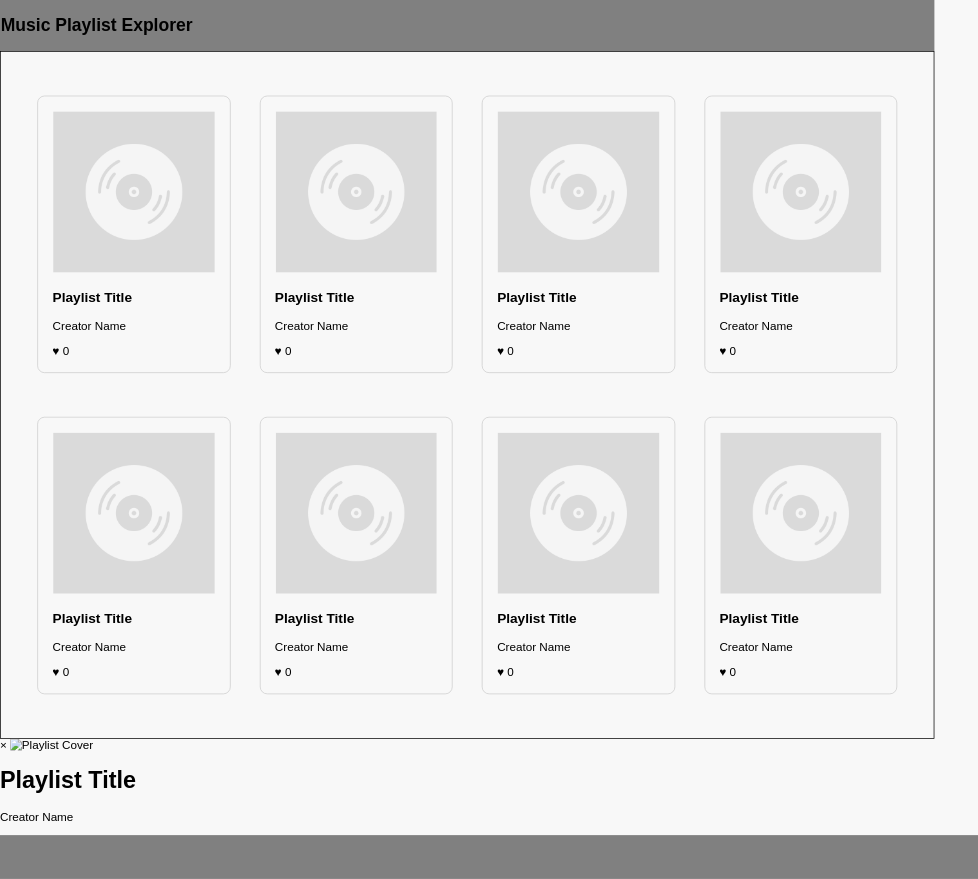
Repository: valentinaarojas/music-player-explorer
Page: index.html
An editor plug-in stored every save of this project. The page is shown before and after the next save, followed by the edit.
The browser window is 1280 px wide. The page is 1340 px wide, so the pictures cover 1340 px, including what lies to the right of the window. The pictures show the whole page, at 73% of full size.

Above is the page before, as saved 2025-02-19 17:35:07.
Console error: SyntaxError: Unexpected token '{'

### index.html
<!DOCTYPE html>
<html lang="en">
<head>
    <meta charset="UTF-8">
    <meta name="viewport" content="width=device-width, initial-scale=1.0">

    <title>Music Playlist Explorer</title>
    <link rel="icon" type="image/x-icon" href="/images/favicon.ico">

    <link rel="stylesheet" href="style.css">
</head>
<body>
    <header>
        <!-- Your header content here -->
        <div class="banner">
            <h2>Music Playlist Explorer</h2>
        </div>
    </header>

    <main>
        <!-- Your main content here -->
        <div class="playlist-cards">
            <!-- card 1 -->
            <div class="playlist-card">
                <div class="playlist-cover">
                    <img src="assets/img/playlist.png" alt="placeholder" style="width: 100%">
                </div>
                <div class="playlist-info">
                    <h3 class="playlist-title">Playlist Title</h3>
                    <p class="creator-info">Creator Name</p>
                    <div class="like-count">
                        <span>♥</span>
                        <span>0</span>
                    </div>
                </div>
            </div>
            <!-- card 2 -->
            <div class="playlist-card">
                <div class="playlist-cover">
                    <img src="assets/img/playlist.png" alt="placeholder" style="width: 100%">
                </div>
                <div class="playlist-info">
                    <h3 class="playlist-title">Playlist Title</h3>
                    <p class="creator-info">Creator Name</p>
                    <div class="like-count">
                        <span>♥</span>
                        <span>0</span>
                    </div>
                </div>
            </div>
            <!-- card 3 -->
            <div class="playlist-card">
                <div class="playlist-cover">
                    <img src="assets/img/playlist.png" alt="placeholder" style="width: 100%">
                </div>
                <div class="playlist-info">
                    <h3 class="playlist-title">Playlist Title</h3>
                    <p class="creator-info">Creator Name</p>
                    <div class="like-count">
                        <span>♥</span>
                        <span>0</span>
                    </div>
                </div>
            </div>
            <!-- card 4 -->
            <div class="playlist-card">
                <div class="playlist-cover">
                    <img src="assets/img/playlist.png" alt="placeholder" style="width: 100%">
                </div>
                <div class="playlist-info">
                    <h3 class="playlist-title">Playlist Title</h3>
                    <p class="creator-info">Creator Name</p>
                    <div class="like-count">
                        <span>♥</span>
                        <span>0</span>
                    </div>
                </div>
            </div>
            <!-- card 5 -->
            <div class="playlist-card">
                <div class="playlist-cover">
                    <img src="assets/img/playlist.png" alt="placeholder" style="width: 100%">
                </div>
                <div class="playlist-info">
                    <h3 class="playlist-title">Playlist Title</h3>
                    <p class="creator-info">Creator Name</p>
                    <div class="like-count">
                        <span>♥</span>
                        <span>0</span>
                    </div>
                </div>
            </div>
            <!-- card 6 -->
            <div class="playlist-card">
                <div class="playlist-cover">
                    <img src="assets/img/playlist.png" alt="placeholder" style="width: 100%">
                </div>
                <div class="playlist-info">
                    <h3 class="playlist-title">Playlist Title</h3>
                    <p class="creator-info">Creator Name</p>
                    <div class="like-count">
                        <span>♥</span>
                        <span>0</span>
                    </div>
                </div>
            </div>
             <!-- card 7 -->
             <div class="playlist-card">
                <div class="playlist-cover">
                    <img src="assets/img/playlist.png" alt="placeholder" style="width: 100%">
                </div>
                <div class="playlist-info">
                    <h3 class="playlist-title">Playlist Title</h3>
                    <p class="creator-info">Creator Name</p>
                    <div class="like-count">
                        <span>♥</span>
                        <span>0</span>
                    </div>
                </div>
            </div>
             <!-- card 8 -->
             <div class="playlist-card">
                <div class="playlist-cover">
                    <img src="assets/img/playlist.png" alt="placeholder" style="width: 100%">
                </div>
                <div class="playlist-info">
                    <h3 class="playlist-title">Playlist Title</h3>
                    <p class="creator-info">Creator Name</p>
                    <div class="like-count">
                        <span>♥</span>
                        <span>0</span>
                    </div>
                </div>
            </div>
        </div>
    </main>

    <!-- modal structure -->
    <div class="modal-overlay">
        <div class="modal-content">
            <span class="close">&times;</span>
            <img id="modal-playlist-image" src="" alt="Playlist Cover">
            <h1 id="modal-playlist-title">Playlist Title</h1>
            <p id="modal-creator-name">Creator Name</p>
            <div id="songs-list">
                <!-- songs will be dynamically inserted here -->
            </div>
        </div>
    </div>

    <footer>
        <!-- Your footer content here -->
    </footer>
    <script src="data/data.js"></script>
    <script src="script.js"></script>
</body>
</html>

### style.css
body {
    font-family: 'Arial', sans-serif;
    margin: 0;
    padding: 0;
    background-color: #f8f8f8;
}

.banner {
    background-color: grey;
    padding: 1px;
}

.playlist-cards {
    display: grid;
    grid-template-columns: repeat(4, 1fr);
    padding: 30px;
    border: 1px solid rgb(0, 0, 0);
}

.playlist-card {
    padding: 20px;
    margin: 30px 20px;
    border-radius: 10px;
    border: 1px solid #ccc;
}

.playlist-cover {
    padding: 1px;
}

footer {
    background-color: grey;
    padding: 30px;
    width: 100%;
}

### data/data.js
let data = { "playlists": [
    {
      "playlistID": 0,
      "playlist_name": "Late Night Drive",
      "playlist_creator": "Melody Maven",
      "playlist_art": "https://picsum.photos/id/36/200",
      "likeCount": 0,
      "songs": [
        {
          "songID": 0,
          "title": "Nightcall",
          "artist": "Kavinsky",
          "album": "Nightcall",
          "cover_art": "https://picsum.photos/id/43/200",
          "duration": "4:18"
        },
        {
          "songID": 1,
          "title": "Drive",
          "artist": "The Cars",
          "album": "Heartbeat City",
          "cover_art": "https://picsum.photos/id/45/200",
          "duration": "3:55"
        },
        {
          "songID": 2,
          "title": "Cruisin'",
          "artist": "Smokey Robinson",
          "album": "One Heartbeat",
          "cover_art": "https://picsum.photos/id/88/200",
          "duration": "4:30"
        },
        {
          "songID": 3,
          "title": "Night Moves",
          "artist": "Bob Seger",
          "album": "Night Moves",
          "cover_art": "https://picsum.photos/id/84/200",
          "duration": "5:25"
        },
        {
          "songID": 4,
          "title": "Moonlight Drive",
          "artist": "The Doors",
          "album": "Strange Days",
          "cover_art": "https://picsum.photos/id/122/200",
          "duration": "3:04"
        }
      ]
    },
    {
      "playlistID": 1,
      "playlist_name": "That Summer '16 Feeling",
      "playlist_creator": "Groove Guardian",
      "playlist_art": "https://picsum.photos/id/117/200",
      "likeCount": 10,
      "songs": [
        {
          "songID": 5,
          "title": "One Dance",
          "artist": "Drake",
          "album": "Views",
          "cover_art": "https://picsum.photos/id/21/200",
          "duration": "2:53"
        },
        {
          "songID": 6,
          "title": "Cheap Thrills",
          "artist": "Sia",
          "album": "This Is Acting",
          "cover_art": "https://picsum.photos/id/56/200",
          "duration": "3:31"
        },
        {
          "songID": 7,
          "title": "Don't Let Me Down",
          "artist": "The Chainsmokers ft. Daya",
          "album": "Collage",
          "cover_art": "https://picsum.photos/id/145/200",
          "duration": "3:28"
        },
        {
          "songID": 8,
          "title": "This Is What You Came For",
          "artist": "Calvin Harris ft. Rihanna",
          "album": "This Is What You Came For",
          "cover_art": "https://picsum.photos/id/160/200",
          "duration": "3:42"
        },
        {
          "songID": 9,
          "title": "Ride",
          "artist": "Twenty One Pilots",
          "album": "Blurryface",
          "cover_art": "https://picsum.photos/id/133/200",
          "duration": "3:34"
        }
      ]
    },
    {
      "playlistID": 2,
      "playlist_name": "Workout Beats",
      "playlist_creator": "Harmony Herald",
      "playlist_art": "https://picsum.photos/id/1077/200",
      "likeCount": 2,
      "songs": [
        {
          "songID": 10,
          "title": "Eye of the Tiger",
          "artist": "Survivor",
          "album": "Eye of the Tiger",
          "cover_art": "https://picsum.photos/id/593/200",
          "duration": "4:05"
        },
        {
          "songID": 11,
          "title": "Stronger",
          "artist": "Kanye West",
          "album": "Graduation",
          "cover_art": "https://picsum.photos/id/169/200",
          "duration": "5:12"
        },
        {
          "songID": 12,
          "title": "Lose Yourself",
          "artist": "Eminem",
          "album": "8 Mile Soundtrack",
          "cover_art": "https://picsum.photos/id/171/200",
          "duration": "5:26"
        },
        {
          "songID": 13,
          "title": "Uptown Funk",
          "artist": "Mark Ronson ft. Bruno Mars",
          "album": "Uptown Special",
          "cover_art": "https://picsum.photos/id/274/200",
          "duration": "4:30"
        },
        {
          "songID": 14,
          "title": "Can't Stop the Feeling!",
          "artist": "Justin Timberlake",
          "album": "Trolls (Original Motion Picture Soundtrack)",
          "cover_art": "https://picsum.photos/id/304/200",
          "duration": "3:56"
        }
      ]
    },
    {
      "playlistID": 3,
      "playlist_name": "Road Trip Anthems",
      "playlist_creator": "Playlist Pioneer",
      "playlist_art": "https://picsum.photos/id/314/200",
      "likeCount": 5,
      "songs": [
        {
          "songID": 15,
          "title": "Life Is a Highway",
          "artist": "Tom Cochrane",
          "album": "Mad Mad World",
          "cover_art": "https://picsum.photos/id/352/200",
          "duration": "4:26"
        },
        {
          "songID": 16,
          "title": "Born to Run",
          "artist": "Bruce Springsteen",
          "album": "Born to Run",
          "cover_art": "https://picsum.photos/id/361/200",
          "duration": "4:30"
        },
        {
          "songID": 17,
          "title": "Take It Easy",
          "artist": "Eagles",
          "album": "Eagles",
          "cover_art": "https://picsum.photos/id/365/200",
          "duration": "3:31"
        },
        {
          "songID": 18,
          "title": "Route 66",
          "artist": "Chuck Berry",
          "album": "Get Your Kicks on Route 66",
          "cover_art": "https://picsum.photos/id/371/200",
          "duration": "2:53"
        },
        {
          "songID": 19,
          "title": "On the Road Again",
          "artist": "Willie Nelson",
          "album": "Honeysuckle Rose",
          "cover_art": "https://picsum.photos/id/382/200",
          "duration": "2:33"
        }
      ]
    },
    {
      "playlistID": 4,
      "playlist_name": "Boss Chick Energy",
      "playlist_creator": "Tempo Tactician",
      "playlist_art": "https://picsum.photos/id/449/200",
      "likeCount": 0,
      "songs": [
        {
          "songID": 20,
          "title": "Run the World (Girls)",
          "artist": "Beyoncé",
          "album": "4",
          "cover_art": "https://picsum.photos/id/550/200",
          "duration": "3:56"
        },
        {
          "songID": 21,
          "title": "I'm Every Woman",
          "artist": "Chaka Khan",
          "album": "Chaka",
          "cover_art": "https://picsum.photos/id/646/200",
          "duration": "4:07"
        },
        {
          "songID": 22,
          "title": "Independent Women, Pt. 1",
          "artist": "Destiny's Child",
          "album": "Survivor",
          "cover_art": "https://picsum.photos/id/660/200",
          "duration": "3:41"
        },
        {
          "songID": 23,
          "title": "Confident",
          "artist": "Demi Lovato",
          "album": "Confident",
          "cover_art": "https://picsum.photos/id/680/200",
          "duration": "3:25"
        },
        {
          "songID": 24,
          "title": "Feeling Myself",
          "artist": "Nicki Minaj ft. Beyoncé",
          "album": "The Pinkprint",
          "cover_art": "https://picsum.photos/id/822/200",
          "duration": "3:57"
        }
      ]
    },
    {
      "playlistID": 5,
      "playlist_name": "Rainy Nights",
      "playlist_creator": "Sonic Sage",
      "playlist_art": "https://picsum.photos/id/115/200",
      "likeCount": 24,
      "songs": [
        {
          "songID": 25,
          "title": "Purple Rain",
          "artist": "Prince",
          "album": "Purple Rain",
          "cover_art": "https://picsum.photos/id/123/200",
          "duration": "8:41"
        },
        {
          "songID": 26,
          "title": "November Rain",
          "artist": "Guns N' Roses",
          "album": "Use Your Illusion I",
          "cover_art": "https://picsum.photos/id/171/200",
          "duration": "8:57"
        },
        {
          "songID": 27,
          "title": "Riders on the Storm",
          "artist": "The Doors",
          "album": "L.A. Woman",
          "cover_art": "https://picsum.photos/id/172/200",
          "duration": "7:14"
        },
        {
          "songID": 28,
          "title": "I Can't Stand the Rain",
          "artist": "Ann Peebles",
          "album": "I Can't Stand the Rain",
          "cover_art": "https://picsum.photos/id/178/200",
          "duration": "2:31"
        },
        {
          "songID": 29,
          "title": "Set Fire to the Rain",
          "artist": "Adele",
          "album": "21",
          "cover_art": "https://picsum.photos/id/680/200",
          "duration": "4:02"
        }
      ]
    },
    {
      "playlistID": 6,
      "playlist_name": "90's R&B",
      "playlist_creator": "Vinyl Virtuoso",
      "playlist_art": "https://picsum.photos/id/815/200",
      "likeCount": 3,
      "songs": [
        {
          "songID": 30,
          "title": "No Diggity",
          "artist": "Blackstreet ft. Dr. Dre",
          "album": "Another Level",
          "cover_art": "https://picsum.photos/id/856/200",
          "duration": "5:06"
        },
        {
          "songID": 31,
          "title": "Waterfalls",
          "artist": "TLC",
          "album": "CrazySexyCool",
          "cover_art": "https://picsum.photos/id/871/200",
          "duration": "4:39"
        },
        {
          "songID": 32,
          "title": "Creep",
          "artist": "TLC",
          "album": "CrazySexyCool",
          "cover_art": "https://picsum.photos/id/891/200",
          "duration": "4:29"
        },
        {
          "songID": 33,
          "title": "On Bended Knee",
          "artist": "Boyz II Men",
          "album": "II",
          "cover_art": "https://picsum.photos/id/1013/200",
          "duration": "4:05"
        },
        {
          "songID": 34,
          "title": "Fantasy",
          "artist": "Mariah Carey",
          "album": "Daydream",
          "cover_art": "https://picsum.photos/id/1014/200",
          "duration": "4:04"
        }
      ]
    },
    {
      "playlistID": 7,
      "playlist_name": "Nothing But The Classics",
      "playlist_creator": "Melody Maven",
      "playlist_art": "https://picsum.photos/id/22/200",
      "likeCount": 3,
      "songs": [
        {
          "songID": 35,
          "title": "Bohemian Rhapsody",
          "artist": "Queen",
          "album": "A Night at the Opera",
          "cover_art": "https://picsum.photos/id/39/200",
          "duration": "5:55"
        },
        {
          "songID": 36,
          "title": "Hotel California",
          "artist": "Eagles",
          "album": "Hotel California",
          "cover_art": "https://picsum.photos/id/57/200",
          "duration": "6:30"
        },
        {
          "songID": 37,
          "title": "Stairway to Heaven",
          "artist": "Led Zeppelin",
          "album": "Led Zeppelin IV",
          "cover_art": "https://picsum.photos/id/221/200",
          "duration": "8:02"
        },
        {
          "songID": 38,
          "title": "Sweet Child o' Mine",
          "artist": "Guns N' Roses",
          "album": "Appetite for Destruction",
          "cover_art": "https://picsum.photos/id/822/200",
          "duration": "5:55"
        },
        {
          "songID": 39,
          "title": "Imagine",
          "artist": "John Lennon",
          "album": "Imagine",
          "cover_art": "https://picsum.photos/id/823/200",
          "duration": "3:04"
        }
      ]
    },
    {
      "playlistID": 8,
      "playlist_name": "Ohh That Baseline",
      "playlist_creator": "Bassline Buddy",
      "playlist_art": "https://picsum.photos/id/836/200",
      "likeCount": 0,
      "songs": [
        {
          "songID": 40,
          "title": "Another One Bites the Dust",
          "artist": "Queen",
          "album": "The Game",
          "cover_art": "https://picsum.photos/id/839/200",
          "duration": "3:36"
        },
        {
          "songID": 41,
          "title": "Billie Jean",
          "artist": "Michael Jackson",
          "album": "Thriller",
          "cover_art": "https://picsum.photos/id/903/200",
          "duration": "4:54"
        },
        {
          "songID": 42,
          "title": "Superstition",
          "artist": "Stevie Wonder",
          "album": "Talking Book",
          "cover_art": "https://picsum.photos/id/978/200",
          "duration": "4:26"
        },
        {
          "songID": 43,
          "title": "Smooth Criminal",
          "artist": "Michael Jackson",
          "album": "Bad",
          "cover_art": "https://picsum.photos/id/1004/200",
          "duration": "4:17"
        },
        {
          "songID": 44,
          "title": "Money for Nothing",
          "artist": "Dire Straits",
          "album": "Brothers in Arms",
          "cover_art": "https://picsum.photos/id/1025/200",
          "duration": "8:26"
        }
      ]
    }
  ]
}

### script.js
body {
    font-family: 'Arial', sans-serif;
    margin: 0;
    padding: 0;
    background-color: #f8f8f8;
}

After the next save:
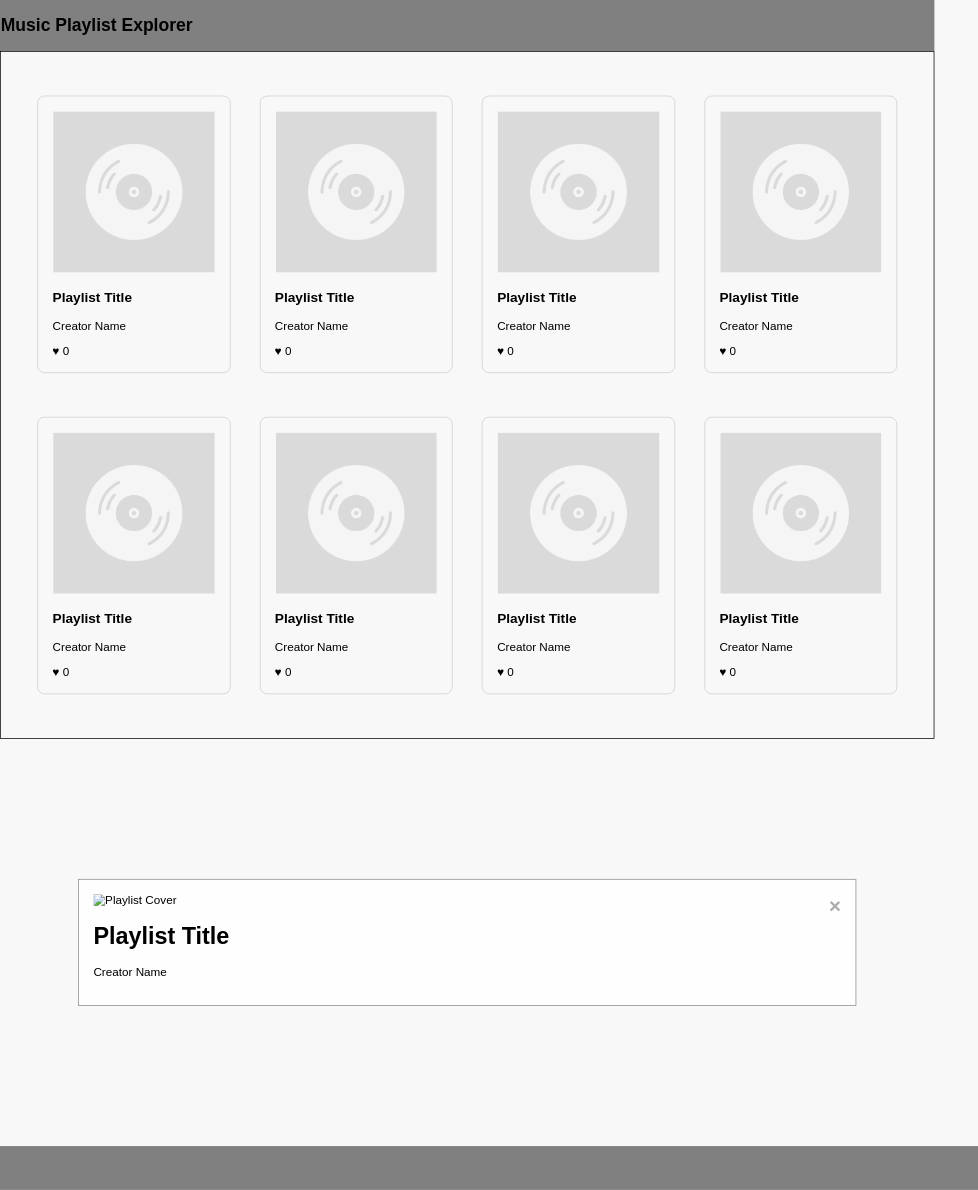
Saved 16 min 51 s later.
--- a/style.css
+++ b/style.css
@@ -28,6 +28,37 @@ body {
     padding: 1px;
 }
 
+.modal {
+    display: none; /* Hidden by default */
+    position: fixed; /* Stay in place */
+    z-index: 1; /* Sit on top */
+    left: 0;
+    top: 0;
+    width: 100%; /* Full width */
+    height: 100%; /* Full height */
+    overflow: auto; /* Enable scroll if needed */
+    background-color: rgba(0,0,0,0.4); /* Black w/ opacity */
+ }
+ .modal-content {
+    background-color: #fefefe;
+    margin: 15% auto; /* 15% from the top and centered */
+    padding: 20px;
+    border: 1px solid #888;
+    width: 80%; /* Could be more or less, depending on screen size */
+ }
+ .close {
+    color: #aaa;
+    float: right;
+    font-size: 28px;
+    font-weight: bold;
+ }
+ .close:hover,
+ .close:focus {
+    color: black;
+    text-decoration: none;
+    cursor: pointer;
+ }
+
 footer {
     background-color: grey;
     padding: 30px;
